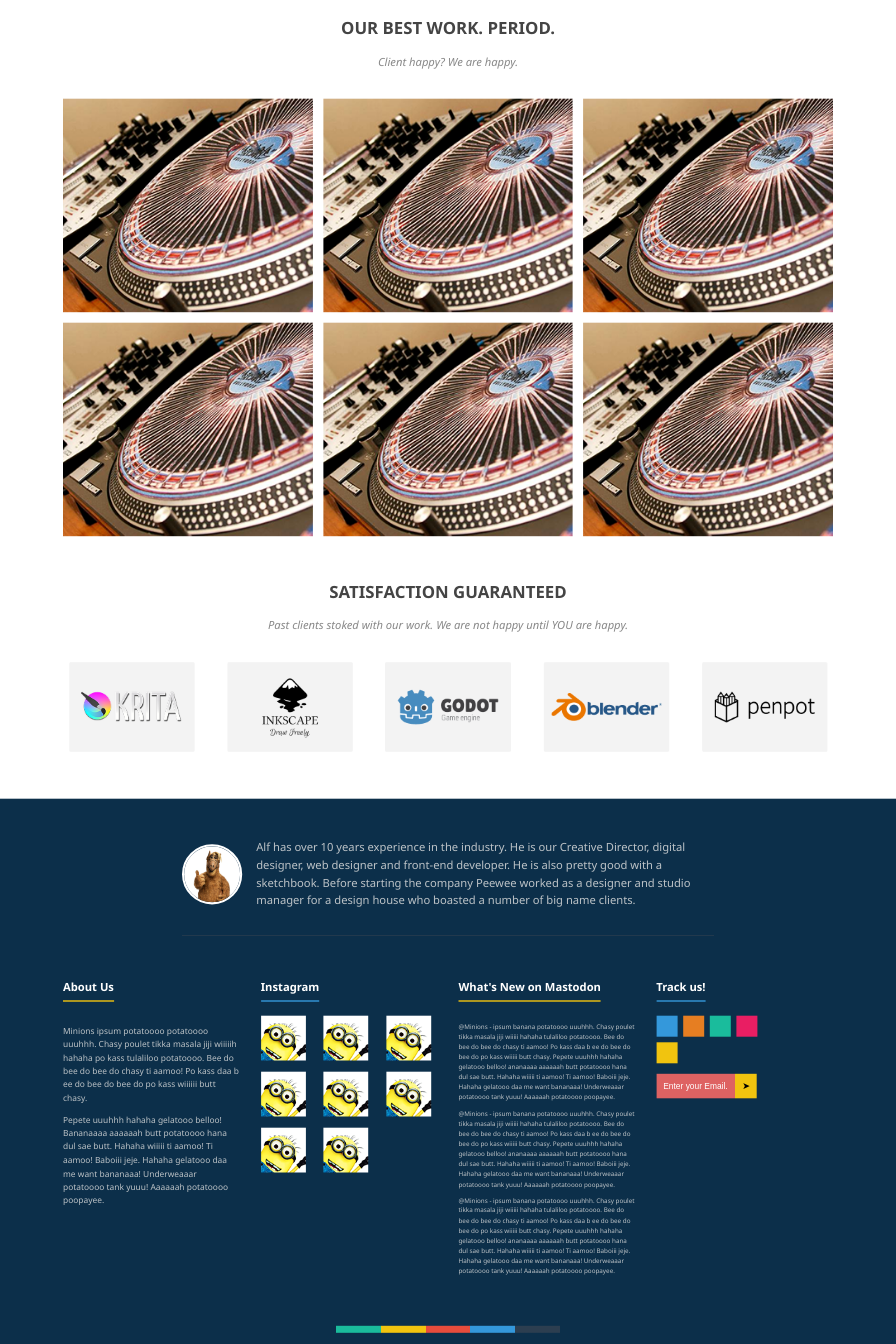
Repository: DavidYoo5/Project-1-Lab-2B-Assignment
Page: Project-1-Lab-2B-Assignment/index.html
These files come from the project's save history. The page is drawn as it stood at one moment and after the next save; the edit follows.
The browser window is 1280 px wide. The pictures show the part of the page from y = 1960 to 3880 px (the page is 3880 px tall), at 70% of full size.

Above is the page before, as saved 2026-01-28 16:10:55.

After the next save:
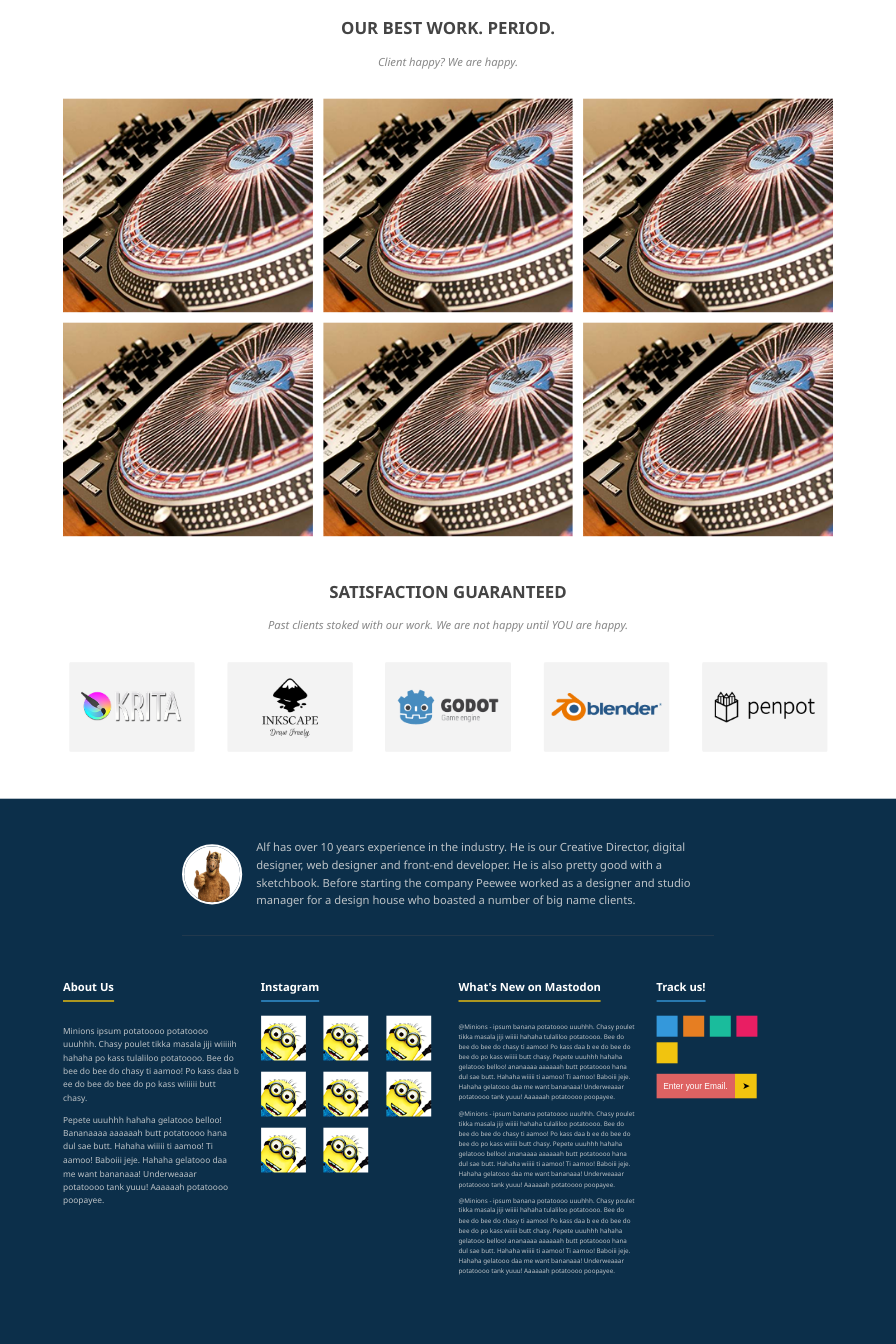
Saved 2 min 23 s later.
--- a/Project-1-Lab-2B-Assignment/style.css
+++ b/Project-1-Lab-2B-Assignment/style.css
@@ -412,11 +412,10 @@
 .site-footer::after{
   content: "";
   position: absolute;
-  bottom: 16px;          /* lifts it off the bottom */
+  bottom: 16px;
   left: 50%;
   transform: translateX(-50%);
 
-  width: 320px;          /* controls bar length */
   height: 10px;
 
   background: linear-gradient(
